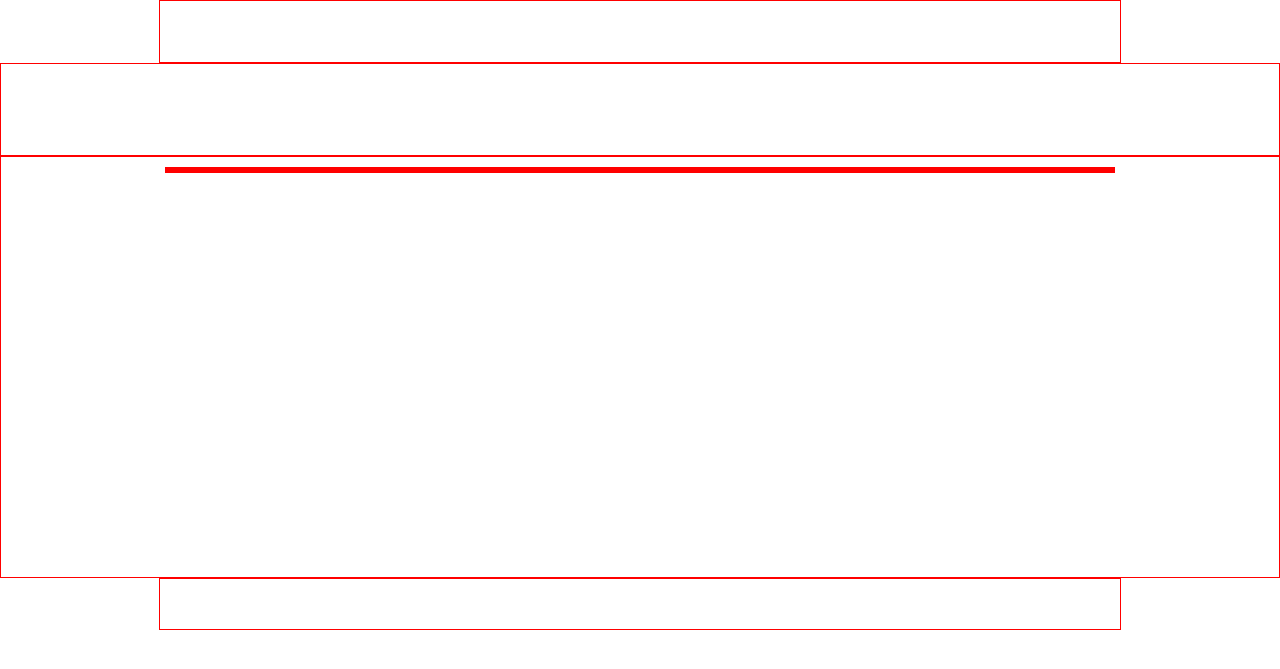
Repository: LYC-Android/JavaWebProject
Page: WebBasic/src/main/webapp/day03/admin_list.html
These files come from the project's save history. The page is drawn as it stood at one moment and after the next save; the edit follows.
The browser window is 1280 px wide. The pictures show the whole page.

Above is the page before, as saved 2017-09-21 03:41:08.

After the next save:
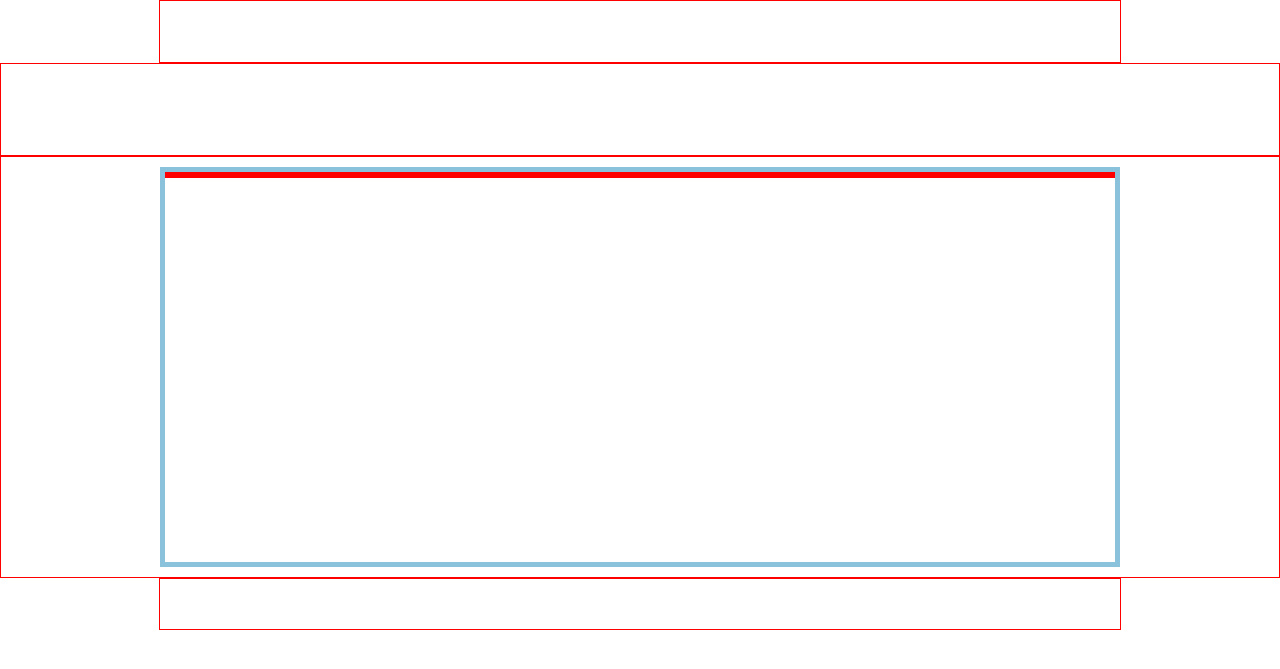
Saved 28 s later.
--- a/WebBasic/src/main/webapp/day03/list.css
+++ b/WebBasic/src/main/webapp/day03/list.css
@@ -34,6 +34,6 @@ div{
 .content{
 	width: 950px;
 	height: 390px;
-	border: 5px;
+	border: 5px solid;
 	border-color: #8ac1db;
 }
